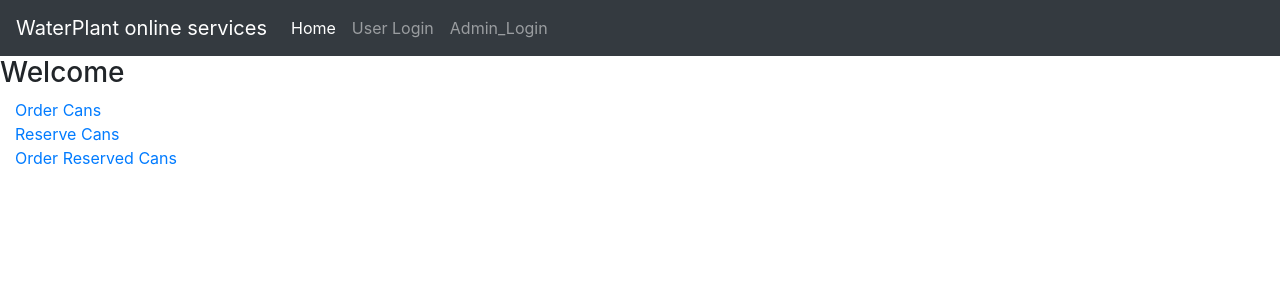
Repository: SHARMILAG97/WebApplication
Page: http://localhost/waterplant_web/useroperations.jsp
The author's editor kept a copy of each file at every save. The page is drawn from the files as they stood at one save, then again after the next save.
The browser window is 1280 px wide. The pictures show the whole page.
The page is served by Tomcat 9. Other server files are loaded and not shown.

Above is the page before, as saved 2019-09-17 09:04:13.
Console error: TypeError: Cannot read properties of undefined (reading 'fn')

### waterplant_web/src/main/webapp/useroperations.jsp
<%@page import="com.revature.model.User"%>
<html>
<head>
<title>UserOperations</title>

<link rel="stylesheet" href="css/bootstrap.min.css">
<script src="js/bootstrap.min.js"></script>
<script src="js/jquery-3.4.1.min.js"></script>

</head>
<body>

<jsp:include page="headers.jsp"></jsp:include>
<%
User user = (User)session.getAttribute("LOGGED_IN_USER");
String name =  user != null ? user.getName() :"";
%>
<h3>Welcome <%=name%></h3>

<form >

<div class="container-fluid">
        <div class="row">
            <div class="col">
<a href="updatestock.jsp">Order Cans</a> <br/>
	<a href="viewuser.jsp">Reserve Cans</a> <br/>
	<a href="viewstock.jsp">Order Reserved Cans</a> <br/>
</div>
</div>
</div>


</form>


</body>
</html>

### waterplant_web/src/main/webapp/headers.jsp
<nav class="navbar navbar-expand-md navbar-dark  bg-dark style='background-color: green'">
 <a class="navbar-brand" href="index.jsp">WaterPlant online services</a>
 <button class="navbar-toggler" type="button" data-toggle="collapse" data-target="#navbarCollapse" aria-controls="navbarCollapse" aria-expanded="false" aria-label="Toggle navigation">
   <span class="navbar-toggler-icon"></span>
 </button>
 <div class="collapse navbar-collapse" id="navbarCollapse">
   <ul class="navbar-nav mr-auto">
     <li class="nav-item active">
       <a class="nav-link" href="index.jsp">Home</a>
     </li>

     <li class="nav-item">
       <a class="nav-link " href="userlogin.jsp">User Login</a>
     </li>
     <li class="nav-item">
       <a class="nav-link " href="adminlogin.jsp">Admin_Login</a>
     </li>
   </ul>
 <!--   <form class="form-inline mt-2 mt-md-0">
   <input class="form-control mr-sm-2" type="text" placeholder="Search" aria-label="Search">
     <button class="btn btn-outline-success my-2 my-sm-0" type="submit">Search</button>
   </form>-->
 </div>
</nav>

Loaded but not shown: waterplant_web/src/main/webapp/css/bootstrap.min.css (library); waterplant_web/src/main/webapp/js/bootstrap.min.js (library); waterplant_web/src/main/webapp/js/jquery-3.4.1.min.js (library)

After the next save:
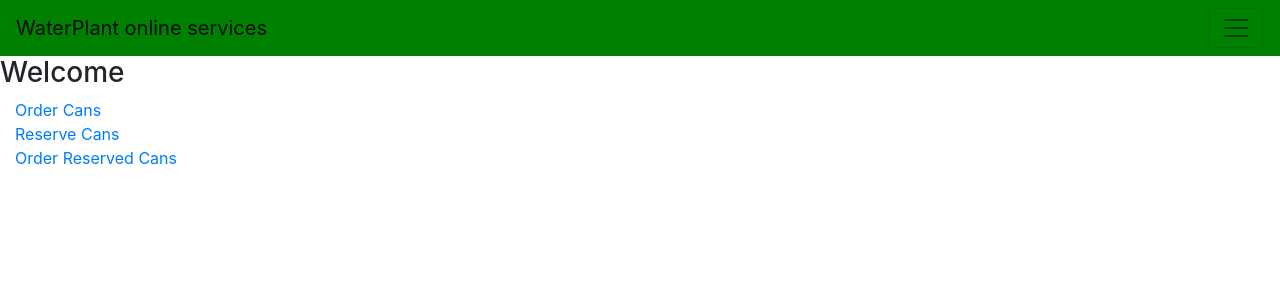
Saved 5 min 46 s later.
--- a/waterplant_web/src/main/webapp/headers.jsp
+++ b/waterplant_web/src/main/webapp/headers.jsp
@@ -1,4 +1,5 @@
-<nav class="navbar navbar-expand-md navbar-dark  bg-dark style='background-color: green'">
+
+<nav class="navbar navbar-light" style="background-color: #008000;">
  <a class="navbar-brand" href="index.jsp">WaterPlant online services</a>
  <button class="navbar-toggler" type="button" data-toggle="collapse" data-target="#navbarCollapse" aria-controls="navbarCollapse" aria-expanded="false" aria-label="Toggle navigation">
    <span class="navbar-toggler-icon"></span>
